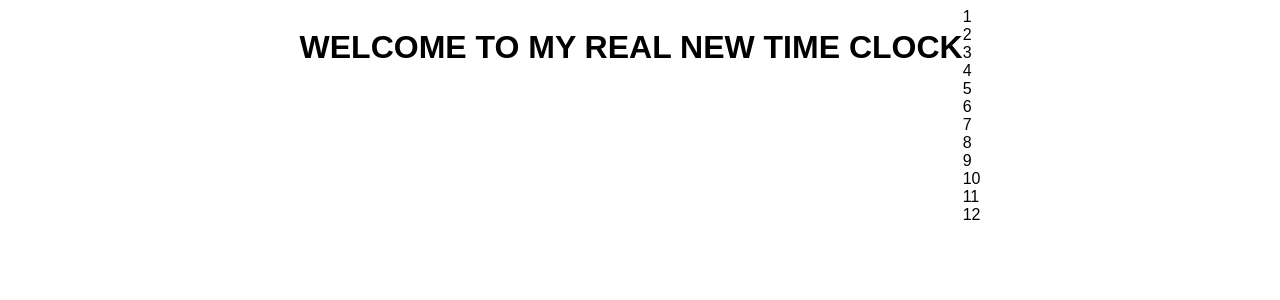
Repository: changkuothpur/create-my-watch
Page: watch.html
An editor plug-in stored every save of this project. The page is shown before and after a run of saves, followed by the edit.
The browser window is 1280 px wide. The pictures show the whole page.

Above is the page before, as saved 2024-04-25 13:43:11.
Console error: TypeError: Cannot read properties of null (reading 'style')

### watch.html
<!DOCTYPE html>
<html lang="en">
<head>
    <meta charset="UTF-8">
    <meta name="viewport" content="width=device-width, initial-scale=1.0">
    <title>cLock</title>
<link rel="stylesheet" href="watch.css">
</head>
<h1 class="header"> WELCOME TO MY REAL NEW TIME CLOCK</h1>
<body>
    <div class="clock">
<div class="hand hour" data-hour-hand></div>
<div class="hand minutes" data-minutes-hand></div>
<div class="hand second" data-second-hand></div>
<div class="number number1">1</div>
<div class="number number2">2</div>
<div class="number number3">3</div>
<div class="number number4">4</div>
<div class="number number5">5</div>
<div class="number number6">6</div>
<div class="number number7">7</div>
<div class="number number8">8</div>
<div class="number number9">9</div>
<div class="number number10">10</div>
<div class="number number11">11</div>
<div class="number number12">12</div>

</div>
<script>
    setInterval(setClock, 1000)

    const hourHand = document.querySelector ( "[data-hour-hand]")
const minuteHand = document.querySelector ( "[data-minute-hand]")
const secondHand = document.querySelector("[data-second-hand]")

function setClock() {
    const currentDate=new Date()
    const secondRatio = currentDate.getSeconds() / 60
    const minutesRatio = (secondRatio + currentDate.getMinutes)
    const hoursRatio = (minutesRatio+ currentDate.getHours)
    setRotation(secondHand, secondRatio)
    setRotation(minuteHand,minutesRatio)
    setRotation(hourHand,hoursRatio)
}

function setRotation(element, rotationRatio) {
    element.style.setProperty("--rotation", rotationRatio * 360)
}

setClock()
</script>
</body>
</html>

### watch.css
*,*::after,*::before{
box-sizing: border-box;
font-family: Arial, Helvetica, sans-serif;

}
body{
    background: linear-gradient(to right,rgb(255,0,128),hs1(175,100%,50%));
    display: flex;
    justify-content: center;
    ali
}

After the next 3 saves:
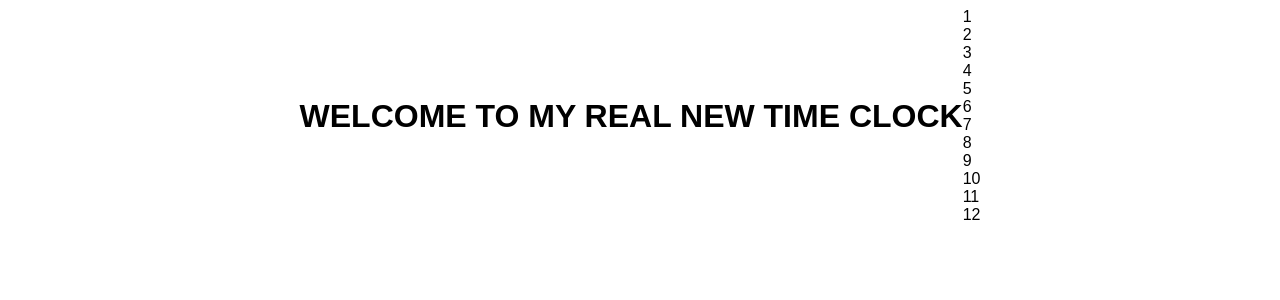
The 3 saves are shown as one change because they came seconds apart.
The last was saved 9 s later.
--- a/watch.css
+++ b/watch.css
@@ -7,5 +7,6 @@ body{
     background: linear-gradient(to right,rgb(255,0,128),hs1(175,100%,50%));
     display: flex;
     justify-content: center;
-    ali
+    align-items: center;
+
 }
